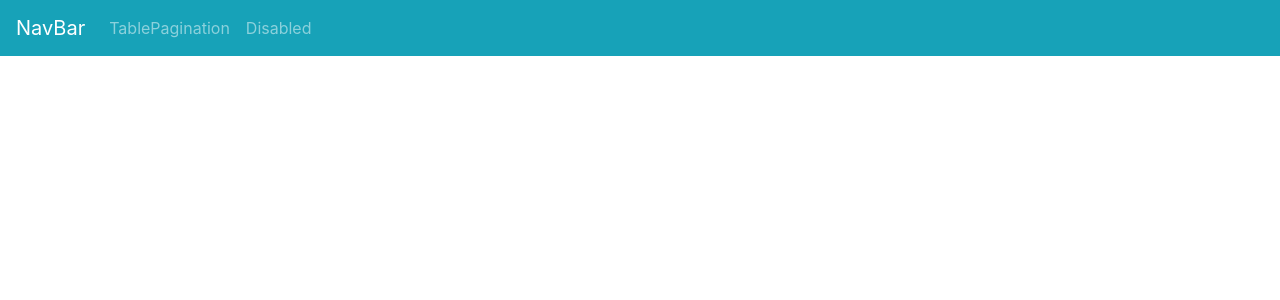
Repository: iian0910/bootstrapVue-demo
Page: /
The author's editor kept a copy of each file at every save. The page is drawn from the files as they stood at one save, then again after a run of saves.
The browser window is 1280 px wide. The pictures show the whole page.
The project was rebuilt for these pictures with package versions that can differ from the ones it lists, and the page was loaded fresh each time.

Above is the page before, as saved 2021-04-26 14:34:09.

### src/main.ts
import axios from 'axios'
import { BootstrapVue, IconsPlugin } from 'bootstrap-vue'
import 'bootstrap-vue/dist/bootstrap-vue.css'
// Import Bootstrap an BootstrapVue CSS files (order is important)
import 'bootstrap/dist/css/bootstrap.css'
import Vue from 'vue'
import VueAxios from 'vue-axios'
import App from './App.vue'
import router from './router'

// Make BootstrapVue available throughout your project
Vue.use(BootstrapVue)
// Optionally install the BootstrapVue icon components plugin
Vue.use(IconsPlugin)
Vue.use(VueAxios, axios)

Vue.config.productionTip = false

new Vue({
  router,
  render: h => h(App)
}).$mount('#app')

### src/App.vue
<template>
  <div id="app">
  <Main/>
  </div>
</template>

<script lang="ts">
import { Component, Vue } from 'vue-property-decorator'
import Main from './pages/Main.vue'

@Component({
  components: {
    Main
  }
})
export default class App extends Vue {}
</script>

<style lang="scss">

</style>

### src/router/index.ts
import Vue from 'vue'
import VueRouter from 'vue-router'

Vue.use(VueRouter)

const routes = [
  {
    path: '/tablePagination',
    name: 'TablePagination',
    component: () => import('../components/TablePagination.vue')
  }
]

const router = new VueRouter({
  routes
})

export default router

### src/pages/Main.vue
<template>
  <div>
    <Navbar/>
    <router-view></router-view>
  </div>
</template>
<script lang="ts">
import { Component, Vue } from 'vue-property-decorator'
import Navbar from '../components/Navbar.vue'

@Component({
  components: {
    Navbar
  }
})
export default class Main extends Vue {

}
</script>
<style lang="scss">

</style>

### src/components/Navbar.vue
<template>
  <div>
    <b-navbar toggleable="lg" type="dark" variant="info">
      <b-navbar-brand href="#">NavBar</b-navbar-brand>

      <b-navbar-toggle target="nav-collapse"></b-navbar-toggle>

      <b-collapse id="nav-collapse" is-nav>
        <b-navbar-nav>
          <b-nav-item to="/tablePagination">TablePagination</b-nav-item>
          <b-nav-item href="#">Disabled</b-nav-item>
        </b-navbar-nav>
      </b-collapse>
    </b-navbar>
  </div>
</template>

<script lang="ts">
import { Component, Vue } from 'vue-property-decorator'

// Component 宣告在最前面
@Component({
  components: {

  }
})

export default class Navbar extends Vue {

}
</script>

### src/pages/Index.vue
<template>
  <div>
    <h3>Hi Jhitsper Vue</h3>
  </div>
</template>
<script lang="ts">
import { Component, Vue } from 'vue-property-decorator'

@Component({
  components: {}
})
export default class Index extends Vue {

}
</script>
<style lang="scss">

</style>

Loaded but not shown: public/index.html (common file)

After the next 2 saves:
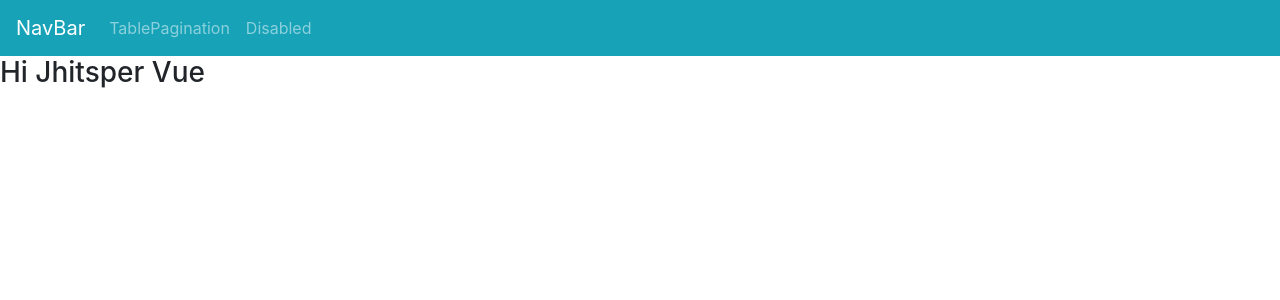
The 2 saves are shown as one change because 1 did not build or start.
The last was saved 43 s later.
--- a/src/router/index.ts
+++ b/src/router/index.ts
@@ -4,6 +4,11 @@
 Vue.use(VueRouter)
 
 const routes = [
+  {
+    path: '/',
+    name: 'Home',
+    component: () => import('../pages/Index.vue')
+  },
   {
     path: '/tablePagination',
     name: 'TablePagination',
